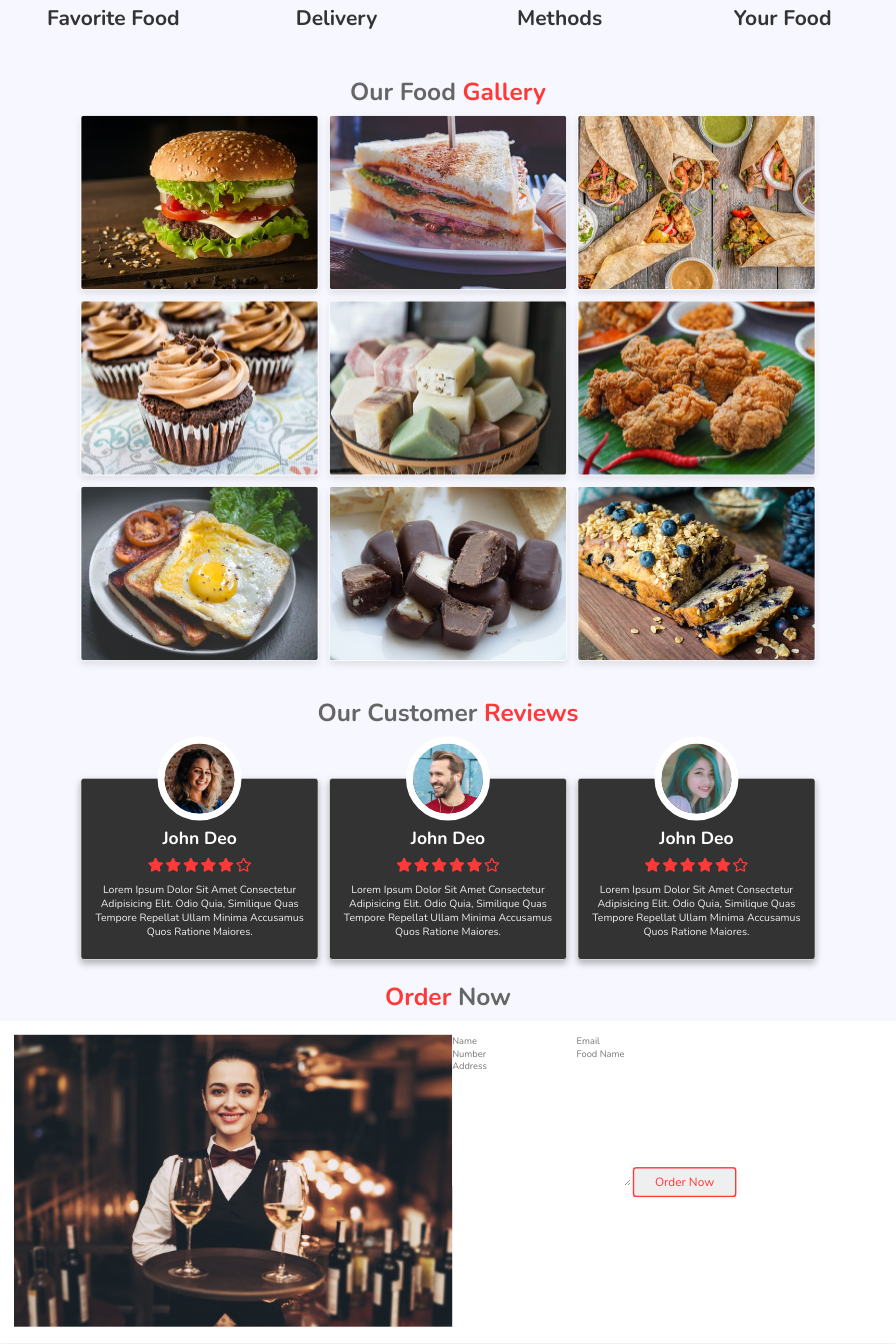
Repository: ManhTanVN/food
Page: index.html
The author's editor kept a copy of each file at every save. The page is drawn from the files as they stood at one save, then again after the next save.
The browser window is 1280 px wide. The pictures show the part of the page from y = 2625 to 4545 px (the page is 4545 px tall), at 70% of full size.
The style sheet was rebuilt from its Sass, Less or Tailwind sources for each picture, by a compiler version that may differ from the author's.

Above is the page before, as saved 2021-08-29 20:57:15.

After the next save:
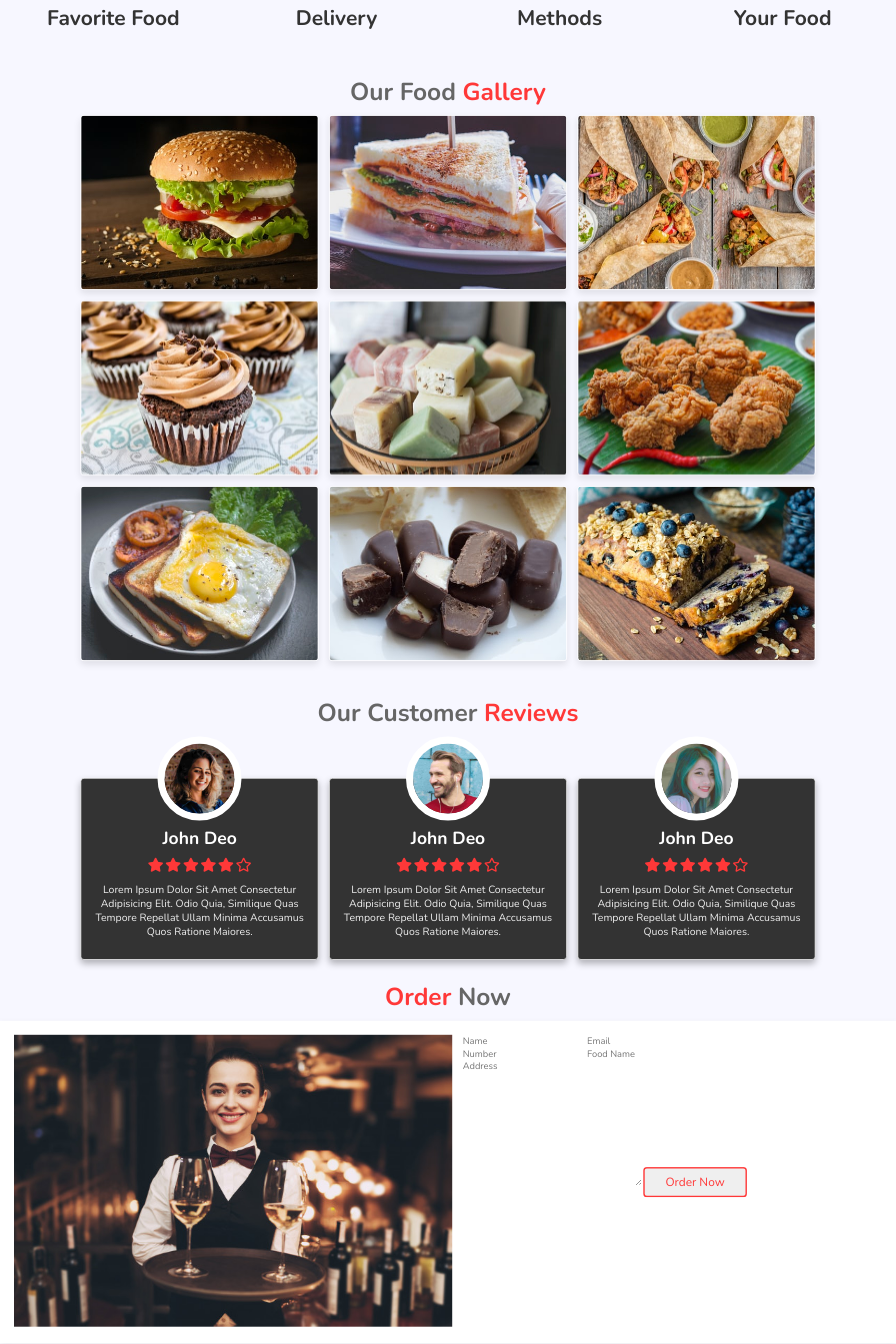
Saved 34 s later.
--- a/sass/_order.scss
+++ b/sass/_order.scss
@@ -4,5 +4,7 @@
         box-shadow: 0 .5rem 1rem rgba(0,0,0,.1);
         background: #fff;
         display: flex;
+        flex-wrap: wrap;
+        gap: 1.5rem;
     }
 }
